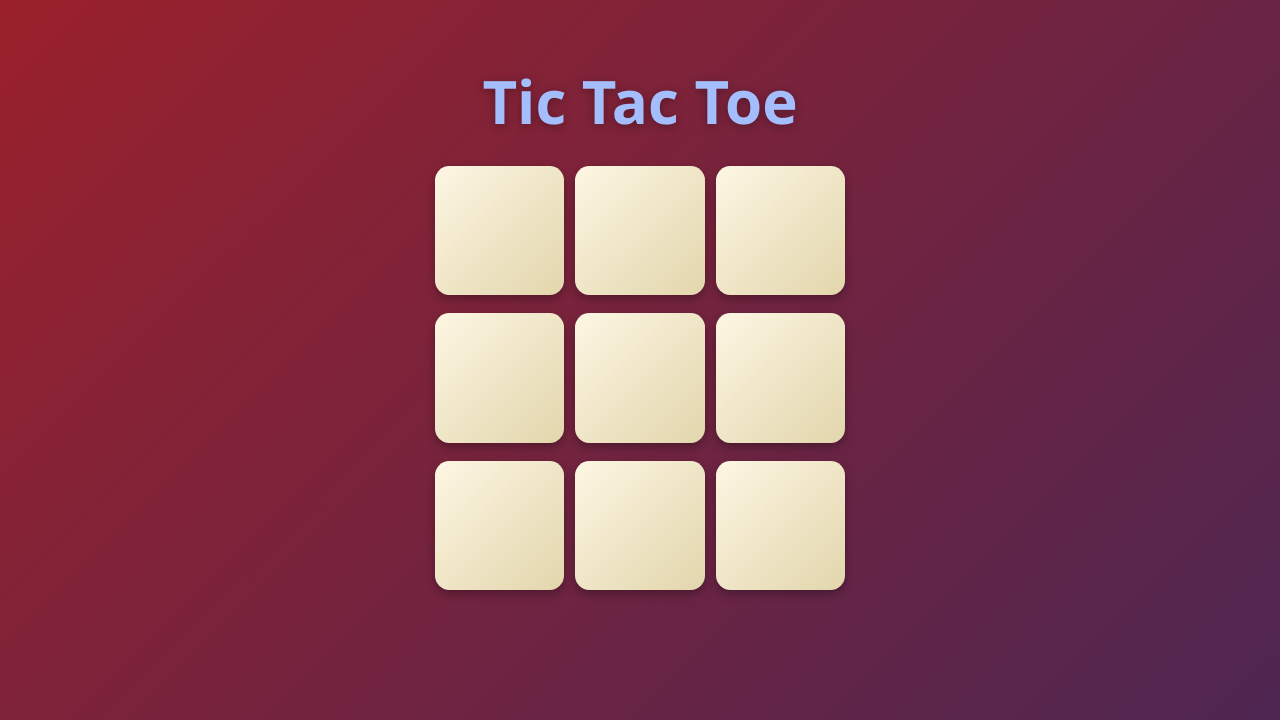
Repository: AreezAnsari/Tic-Tac-Toe
Page: Game/Game.html
The author's editor kept a copy of each file at every save. The page is drawn from the files as they stood at one save, then again after the next save.
The browser window is 1280 px wide. The pictures show the whole page.

Above is the page before, as saved 2025-07-22 07:42:05.
Console error: TypeError: box.addEventListener is not a function

### Game/Game.html
<!DOCTYPE html>
<html lang="en">
<head>
    <meta charset="UTF-8">
    <meta name="viewport" content="width=device-width, initial-scale=1.0">
    <title>Document</title>
    <link rel="stylesheet" href="Game.css">
</head>
<body>

    <div class="msg-container hide">
        <p class="msg">Winner</p>
        <button class="new-btn">New Game</button>
    </div>    <main>
        <h1>Tic Tac Toe</h1>
    <div class="container">
        <div class="game">
        <button class="box"></button>
        <button class="box"></button>
        <button class="box"></button>
        <button class="box"></button>
        <button class="box"></button>
        <button class="box"></button>
        <button class="box"></button>
        <button class="box"></button>
        <button class="box"></button>
        </div>
        </div>
        <button class="reset-btn hide">Reset</button>
    </main>
    <script src="Game.js"></script>
</body>
</html>

### Game/Game.css
/* Reset and Base Styling */
* {
  margin: 0;
  padding: 0;
  box-sizing: border-box;
}

body {
  text-align: center;
  background: linear-gradient(135deg, #1a2a6c, #b21f1f, #1a2a6c);
  background-size: 400% 400%;
  animation: gradientBG 15s ease infinite;
  font-family: 'Segoe UI', Tahoma, Geneva, Verdana, sans-serif;
  min-height: 100vh;
  position: relative;
  padding-top: 60px;
  color: white;
}

@keyframes gradientBG {
  0% { background-position: 0% 50%; }
  50% { background-position: 100% 50%; }
  100% { background-position: 0% 50%; }
}

h1 {
  color: #A4BDFC;
  font-size: 60px;
  padding-bottom: 20px;
  text-shadow: 0 2px 10px rgba(0,0,0,0.3);
}

.container {
  display: flex;
  flex-direction: column;
  align-items: center;
  justify-content: center;
}

.game {
  height: 60vmin;
  width: 60vmin;
  gap: 1.5vmin;
  display: flex;
  flex-wrap: wrap;
  align-items: center;
  justify-content: center;
}

.box {
  color: #2c3e50; /* Dark slate blue-like font color */
  background: linear-gradient(135deg, #fdf6e3, #e2d6ac);
  height: 18vmin;
  width: 18vmin;
  font-weight: bolder;
  font-size: clamp(2rem, 8vmin, 5rem);
  border: none;
  border-radius: 2vmin;
  box-shadow: 0 4px 10px rgba(0, 0, 0, 0.3);
  cursor: pointer;
  transition: all 0.3s ease;
  animation: popIn 0.5s ease;
}

.box:hover {
  background: linear-gradient(135deg, #ffeaa7, #eecf8d);
  color: #e74c3c;
  transform: translateY(-4px);
  box-shadow: 0 6px 14px rgba(0, 0, 0, 0.4);
}

.box:active {
  transform: scale(0.96);
}

.reset-btn,
.new-btn {
  padding: 1vmin;
  font-size: 2.5vmin;
  font-weight: bold;
  background-color: black;
  color: white;
  border-radius: 1vmin;
  width: 20vmin;
  height: 7vmin;
  margin-top: 2vmin;
  cursor: pointer;
  transition: all 0.3s ease;
}

.reset-btn:hover,
.new-btn:hover {
  color: red;
  transform: translateY(-2px);
}

.reset-btn:active,
.new-btn:active {
  transform: scale(0.98);
}

.msg-container {
  position: fixed;
  top: 0;
  left: 50%;
  transform: translate(-50%, 0);
  padding: 16px 30px;
  background-color: rgba(0, 0, 0, 0.7);
  border-radius: 12px;
  backdrop-filter: blur(6px);
  box-shadow: 0 6px 20px rgba(0, 0, 0, 0.4);
  animation: slideDown 0.6s ease forwards;
  z-index: 9999;
  display: flex;
  flex-direction: column;
  align-items: center;
}

.msg {
  font-size: 5vmin;
  color: beige;
}

.hide {
  display: none;
}

.box.win {
  animation: pulse 1.5s infinite;
  background: #2ecc71;
  color: white;
}

/* Animations */
@keyframes pulse {
  0% { transform: scale(1); }
  50% { transform: scale(1.1); }
  100% { transform: scale(1); }
}

@keyframes slideDown {
  0% {
    opacity: 0;
    transform: translate(-50%, -100%);
  }
  100% {
    opacity: 1;
    transform: translate(-50%, 0);
  }
}

@keyframes popIn {
  0% {
    opacity: 0;
    transform: scale(0.6);
  }
  100% {
    opacity: 1;
    transform: scale(1);
  }
}

### Game/Game.js
let box = document.querySelectorAll(".box");
let button = document.querySelector("button");
let container = document.querySelector(".container");

let value = "X";

const btn = () => {
  if (value === "X") {
    button.innerHTML = "Y";
    Value = "Y";
  } else {
    button.innerText = "X";
    Value = "X";
  }
};

box.addEventListener("click", btn);

After the next save:
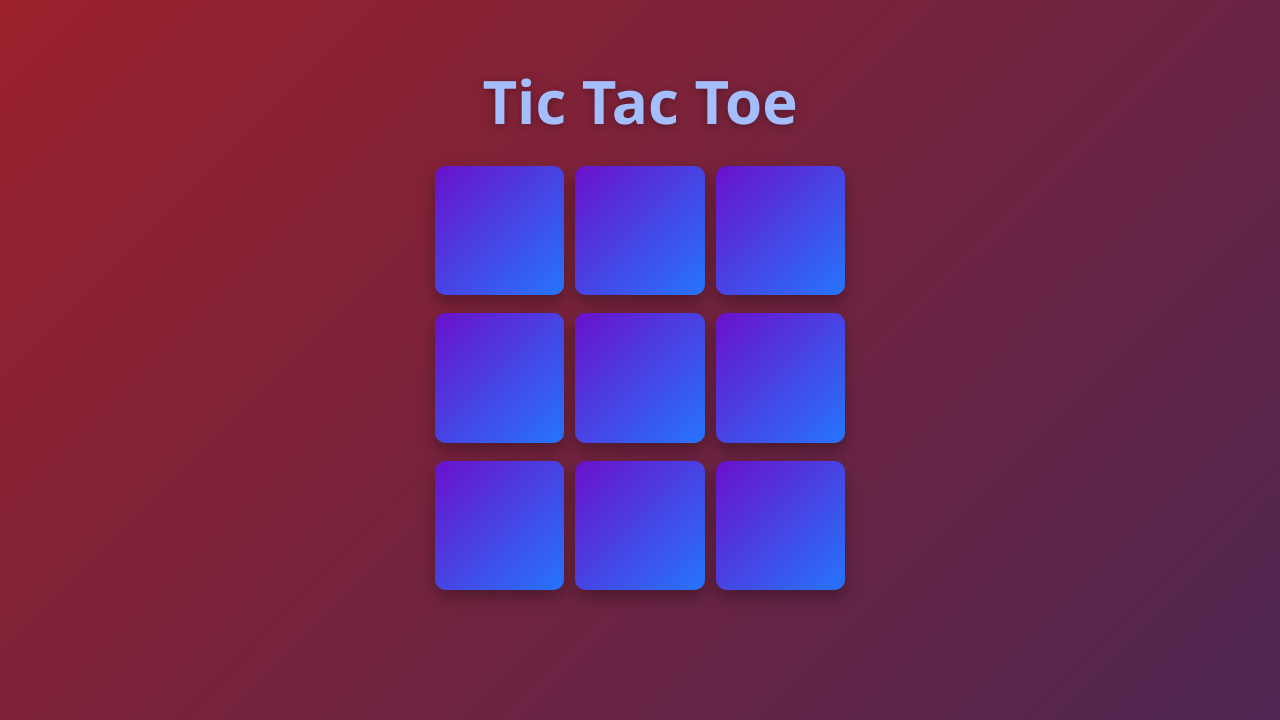
Saved 59 s later.
--- a/Game/Game.css
+++ b/Game/Game.css
@@ -48,29 +48,28 @@
 }
 
 .box {
-  color: #2c3e50; /* Dark slate blue-like font color */
-  background: linear-gradient(135deg, #fdf6e3, #e2d6ac);
+  color: #ffffff; /* White text */
+  background: linear-gradient(135deg, #6a11cb, #2575fc); /* Vibrant purple to blue */
   height: 18vmin;
   width: 18vmin;
-  font-weight: bolder;
-  font-size: clamp(2rem, 8vmin, 5rem);
+  font-weight: bold;
+  font-size: clamp(2.5rem, 6.5vmin, 5rem); /* Responsive text */
   border: none;
-  border-radius: 2vmin;
-  box-shadow: 0 4px 10px rgba(0, 0, 0, 0.3);
+  border-radius: 1.5vmin;
+  box-shadow: 0 8px 16px rgba(0, 0, 0, 0.3);
   cursor: pointer;
-  transition: all 0.3s ease;
-  animation: popIn 0.5s ease;
+  transition: transform 0.25s ease, background-color 0.3s ease;
+  animation: popIn 0.4s ease;
 }
 
 .box:hover {
-  background: linear-gradient(135deg, #ffeaa7, #eecf8d);
-  color: #e74c3c;
-  transform: translateY(-4px);
-  box-shadow: 0 6px 14px rgba(0, 0, 0, 0.4);
+  background: linear-gradient(135deg, #8e2de2, #4a00e0); /* Brighter hover */
+  transform: translateY(-3px);
+  color: #f1c40f; /* Golden yellow on hover */
 }
 
 .box:active {
-  transform: scale(0.96);
+  transform: scale(0.97);
 }
 
 .reset-btn,
